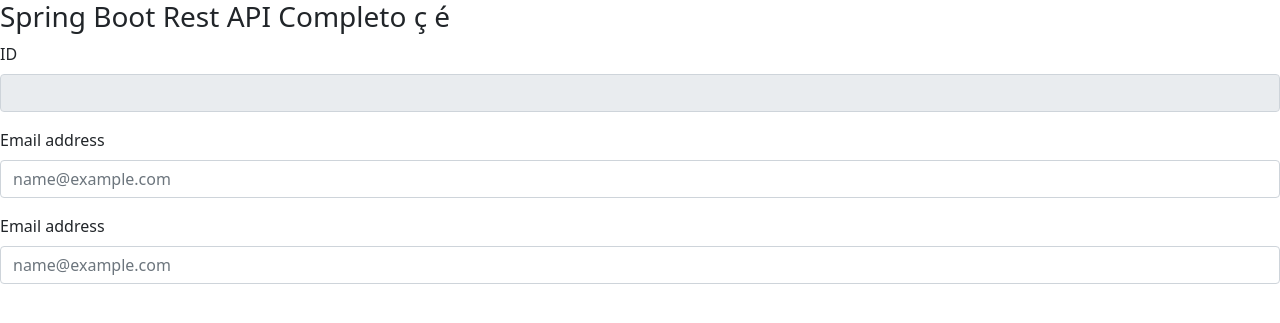
Repository: aldo-pereira22/projeto-srping-boot-1
Page: back-end/springboot-rest-api-sample/src/main/resources/static/index.html
An editor plug-in stored every save of this project. The page is shown before and after the next save, followed by the edit.
The browser window is 1280 px wide. The pictures show the whole page.

Above is the page before, as saved 2021-06-08 19:50:16.

After the next save:
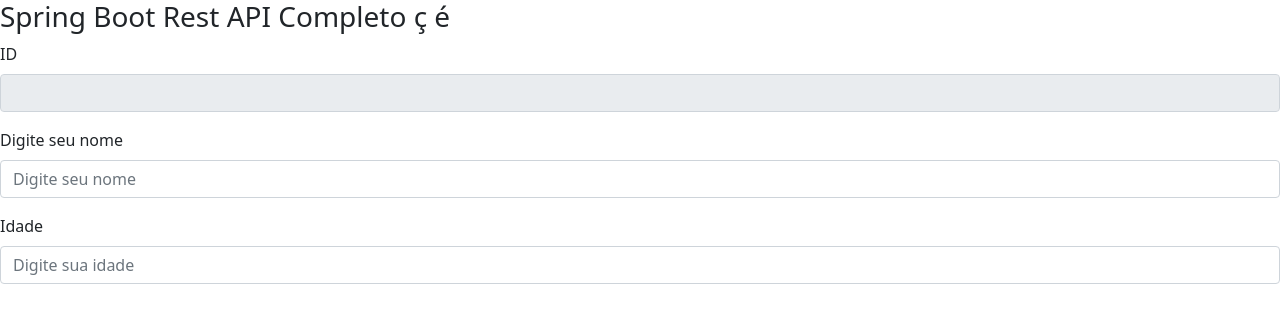
Saved 2 min 30 s later.
--- a/back-end/springboot-rest-api-sample/src/main/resources/static/index.html
+++ b/back-end/springboot-rest-api-sample/src/main/resources/static/index.html
@@ -19,13 +19,14 @@
 			<label for="id" class="form-label">ID</label>
 			<input type="text" class="form-control" id="id" readonly="readonly">
 		</div>
+
 		<div class="mb-3">
-			<label for="exampleFormControlInput1" class="form-label">Email address</label>
-			<input type="email" class="form-control" id="exampleFormControlInput1" placeholder="name@example.com">
+			<label for="nome" class="form-label">Digite seu nome</label>
+			<input type="text" class="form-control" id="nome" required="required" placeholder="Digite seu nome">
 		</div>
 		<div class="mb-3">
-			<label for="exampleFormControlInput1" class="form-label">Email address</label>
-			<input type="email" class="form-control" id="exampleFormControlInput1" placeholder="name@example.com">
+			<label for="idade" class="form-label"> Idade </label>
+			<input type="number" class="form-control" id="idade" required="required" placeholder="Digite sua idade">
 		</div>
 
 
